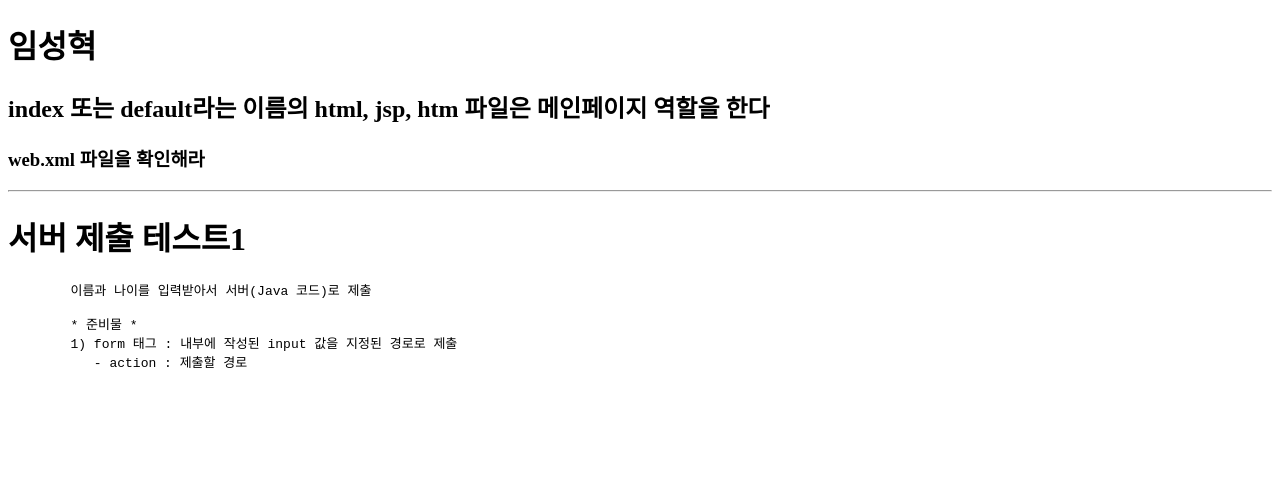
Repository: limbit95/05_Server
Page: ServletProject/src/main/webapp/index.html
These files come from the project's save history. The page is drawn as it stood at one moment and after the next save; the edit follows.
The browser window is 1280 px wide. The pictures show the whole page.

Above is the page before, as saved 2024-03-21 02:36:04.

### ServletProject/src/main/webapp/index.html
<!DOCTYPE html>
<html lang="en">
<head>
    <meta charset="UTF-8">
    <meta name="viewport" content="width=device-width, initial-scale=1.0">
    <title>Servlet Project</title>
</head>
<body>
    <h1>임성혁</h1>
    <h2>index 또는 default라는 이름의 html, jsp, htm 파일은 메인페이지 역할을 한다</h2>
    <h3>web.xml 파일을 확인해라</h3>

    <hr>

    <h1>서버 제출 테스트1</h1>
    <pre>
    	이름과 나이를 입력받아서 서버(Java 코드)로 제출

    	* 준비물 *
    	1) form 태그 : 내부에 작성된 input 값을 지정된 경로로 제출
    	   - action : 제출할 경로
    </pre>
</body>
</html>

After the next save:
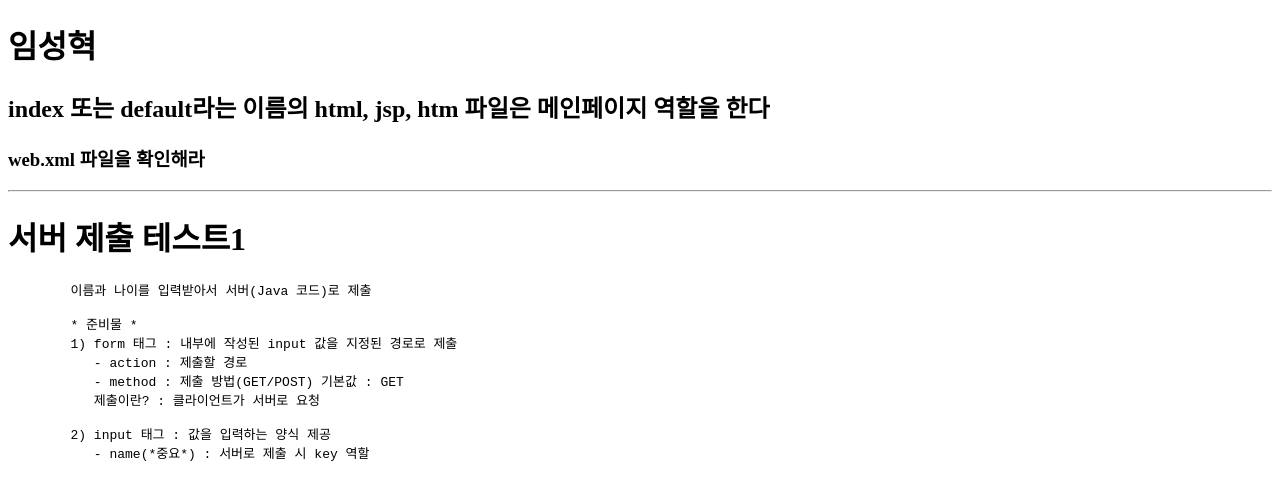
Saved 2 min 16 s later.
--- a/ServletProject/src/main/webapp/index.html
+++ b/ServletProject/src/main/webapp/index.html
@@ -19,6 +19,12 @@
     	* 준비물 *
     	1) form 태그 : 내부에 작성된 input 값을 지정된 경로로 제출
     	   - action : 제출할 경로
+    	   - method : 제출 방법(GET/POST) 기본값 : GET
+    	   제출이란? : 클라이언트가 서버로 요청
+
+    	2) input 태그 : 값을 입력하는 양식 제공
+    	   - name(*중요*) : 서버로 제출 시 key 역할
+
     </pre>
 </body>
 </html>
